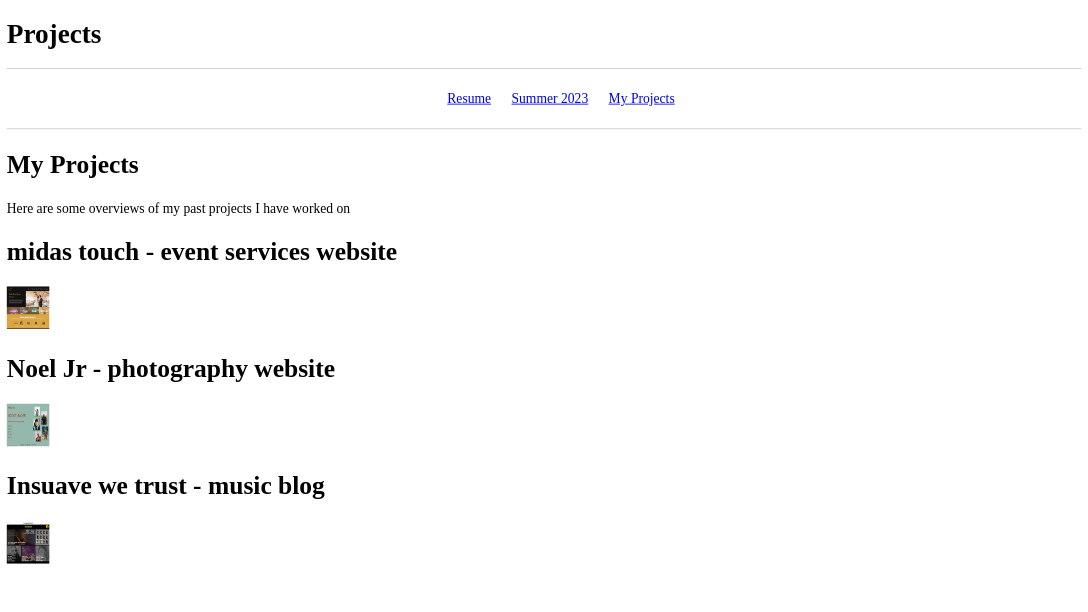
Repository: kayacancode/itm361project1
Page: projects.html
An editor plug-in stored every save of this project. The page is shown before and after a run of saves, followed by the edit.
The browser window is 1280 px wide. The pictures show the whole page, at 85% of full size.
Some web fonts or font styles are not loaded; a fallback is used.

Above is the page before, as saved 2023-03-03 18:31:53.

### projects.html
<!DOCTYPE html>
<html lang="en">
  <head>
    <meta charset="UTF-8" />
    <meta http-equiv="X-UA-Compatible" content="IE=edge" />
    <meta name="viewport" content="width=device-width, initial-scale=1.0" />
    <title>My Projects</title>
    <link rel="stylesheet" href="css/style.css" />

  </head>
  <header>
    <h1>Projects</h1>

    <nav>
      <ul>
        <li><a href="index.html">Resume</a></li>
        <li><a href="summer2023.html">Summer 2023</a></li>
        <li><a href="projects.html">My Projects</a></li>
      </ul>
    </nav>
  </header>

  <h2>My Projects</h2>
  <p>Here are some overviews of my past projects I have worked on</p>
 <div class="websites">
  <section>
  <h2>midas touch - event services website</h2>
  <img
    src="images/midastouchevent.png"
    alt="event services "

  />
</section>
<section>
  <h2>Noel Jr - photography website</h2>
  <img src="images/noeljr.png" alt="photography"  />
  <h2>Insuave we trust - music blog</h2>
  <img src="images/insuave.png" alt="music blog"  />
</section>
</div>
</html>

### css/style.css
@import url("https://fonts.googleapis.com/css2?family=Tilt+Warp&display=swap");

ul{
    list-style-type: none;
}

nav{
    border:1px solid #ccc;
    border-width:1px 0;
    list-style:none;
    margin:0;
    padding:0;
    text-align:center;
}
nav li{
    display:inline;
}
nav a{
    display:inline-block;
    padding:10px;
}

h1{
    font-family: "Tilt Warp", cursive;

}
h2{
    font-size: 30px;
    font-family: "Tilt Warp", cursive;

}

.websites img{
    width: 50px;
    height: 50px;
}

After the next 2 saves:
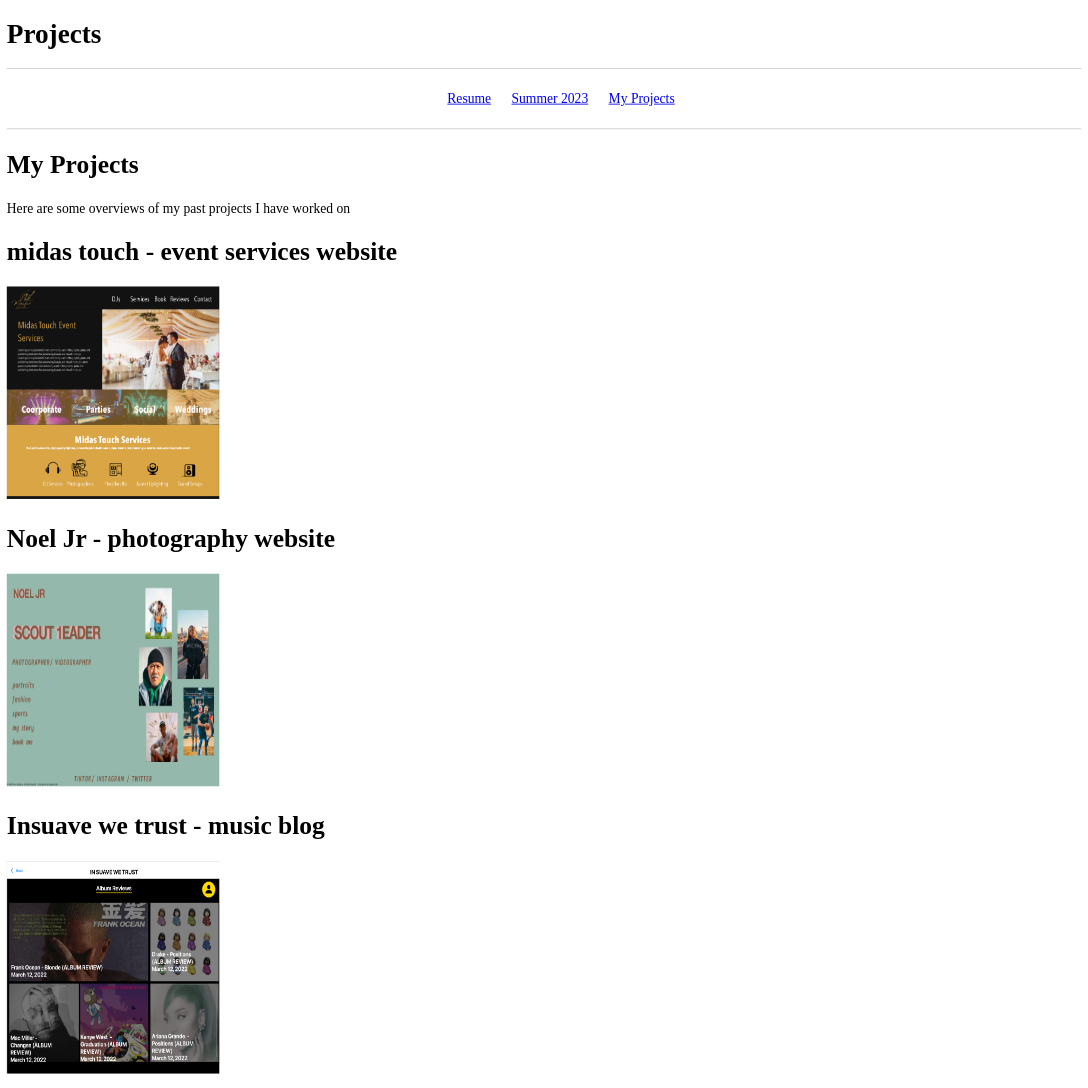
The 2 saves are shown as one change because they came seconds apart.
The last was saved 10 s later.
--- a/css/style.css
+++ b/css/style.css
@@ -31,6 +31,6 @@
 }
 
 .websites img{
-    width: 50px;
-    height: 50px;
+    width: 250px;
+    height: 250px;
 }
